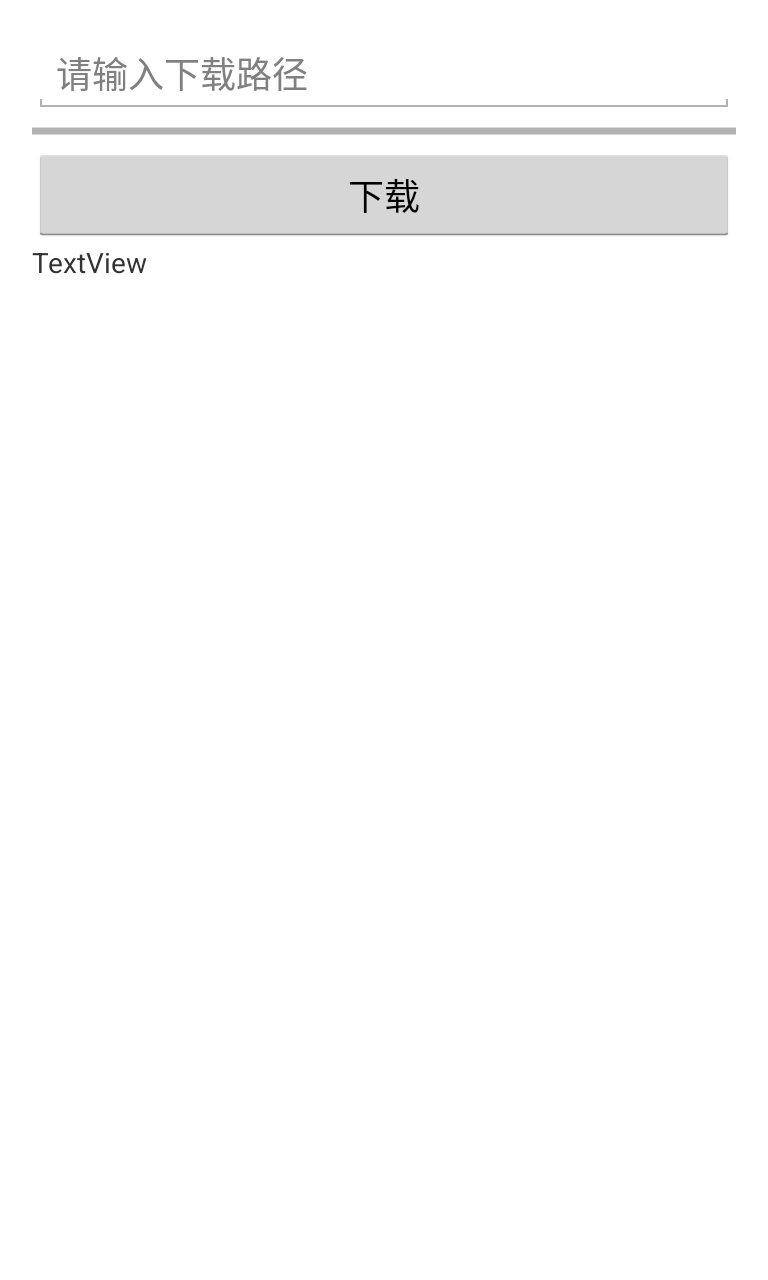
Repository: DongHuaLu/android
Layout: 22MutilDownloader/res/layout/activity_main.xml
These files come from the project's save history. The layout is drawn as it stood at one moment and after the next save; the edit follows.
It is drawn on a 768 x 1280 px phone screen (xhdpi) without system bars, with theme AppTheme; the app's code is not run.

Above is the layout before, as saved 2013-08-28 02:21:00.

### 22MutilDownloader/res/layout/activity_main.xml
<LinearLayout xmlns:android="http://schemas.android.com/apk/res/android"
    xmlns:tools="http://schemas.android.com/tools"
    android:layout_width="match_parent"
    android:layout_height="match_parent"
    android:orientation="vertical"
    android:paddingBottom="@dimen/activity_vertical_margin"
    android:paddingLeft="@dimen/activity_horizontal_margin"
    android:paddingRight="@dimen/activity_horizontal_margin"
    android:paddingTop="@dimen/activity_vertical_margin"
    tools:context=".MainActivity" >

    <EditText
        android:id="@+id/et"
        android:layout_width="match_parent"
        android:layout_height="wrap_content"
        android:hint="请输入下载路径" />

    <ProgressBar
        android:id="@+id/pb"
        style="?android:attr/progressBarStyleHorizontal"
        android:layout_width="fill_parent"
        android:layout_height="wrap_content" />

    <Button
        android:layout_width="match_parent"
        android:layout_height="wrap_content"
        android:onClick="click"
        android:text="下载" />

    <TextView
        android:id="@+id/tv"
        android:layout_width="fill_parent"
        android:layout_height="wrap_content"
        android:text="TextView" />

</LinearLayout>

Loaded but not shown: 22MutilDownloader/res/values/styles.xml (common file); 22MutilDownloader/res/values-v11/styles.xml (common file); 22MutilDownloader/res/values-v14/styles.xml (common file); 22MutilDownloader/res/values/dimens.xml (common file)

After the next save:
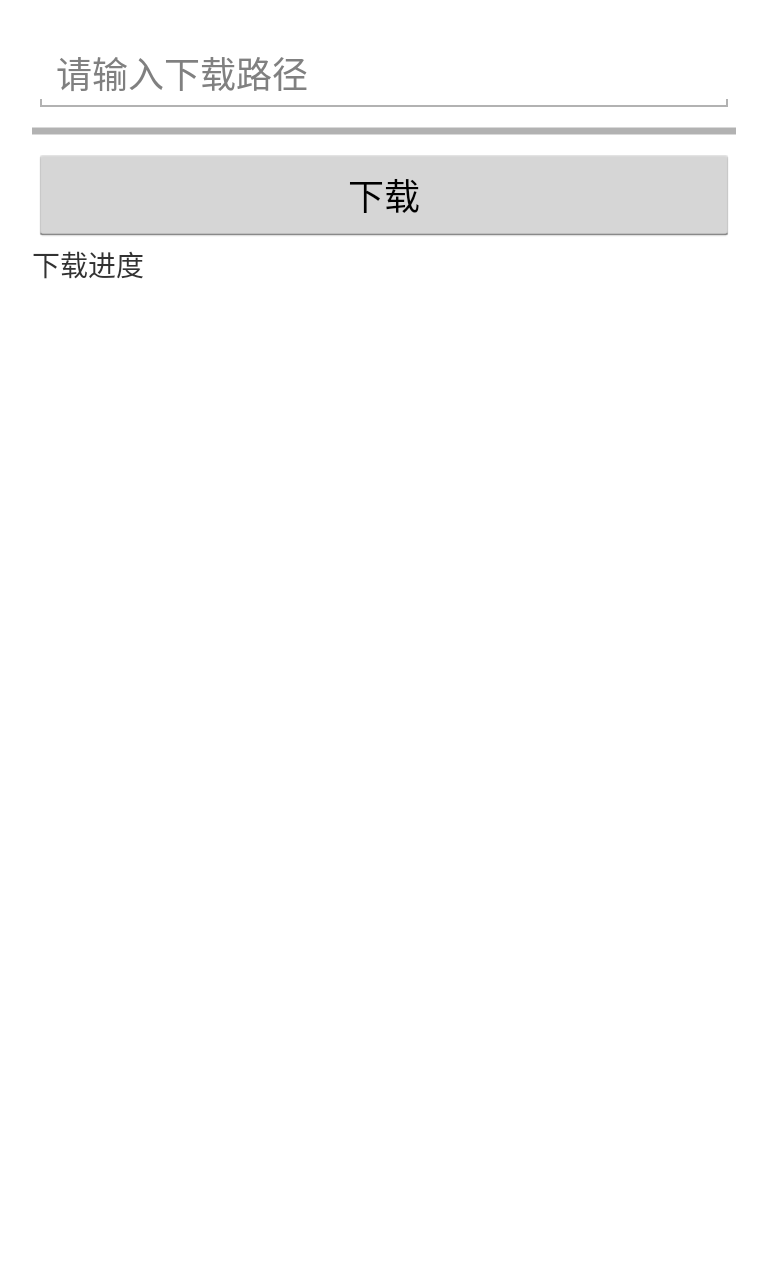
Saved 8 s later.
--- a/22MutilDownloader/res/layout/activity_main.xml
+++ b/22MutilDownloader/res/layout/activity_main.xml
@@ -31,6 +31,6 @@
         android:id="@+id/tv"
         android:layout_width="fill_parent"
         android:layout_height="wrap_content"
-        android:text="TextView" />
+        android:text="下载进度" />
 
 </LinearLayout>
